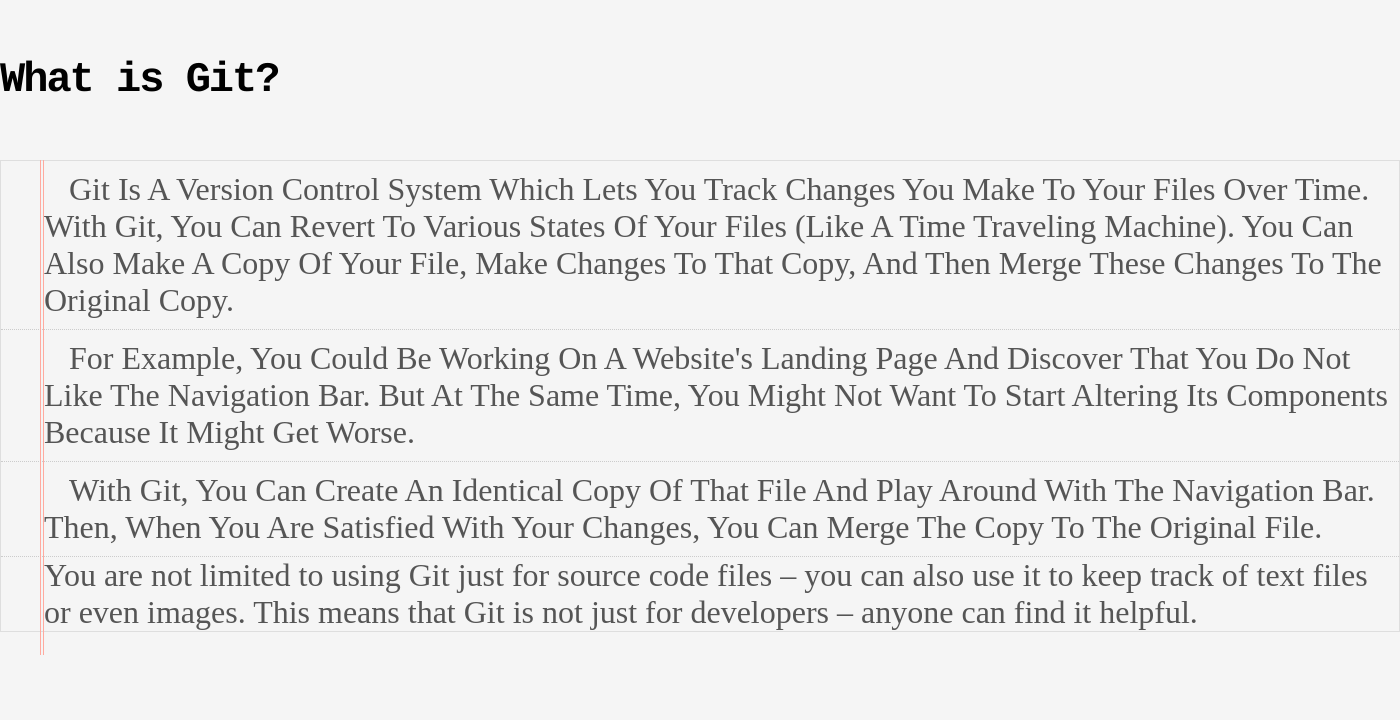
Repository: dev-singh-kanyal/Archive-git_github
Page: src/what is git.html
The author's editor kept a copy of each file at every save. The page is drawn from the files as they stood at one save, then again after a run of saves.
The browser window is 1280 px wide. The page is 1400 px wide, so the pictures cover 1400 px, including what lies to the right of the window. The pictures show the whole page.
Some web fonts or font styles are not loaded; a fallback is used.

Above is the page before, as saved 2022-06-24 16:23:10.

### src/what is git.html
<!DOCTYPE HTML>
<html>

<head>
   <meta charset="UTF-8">
   <title>CSS Theme: Notepad</title>
   <link rel="stylesheet" href="/src/style.css">
   <link href="https://fonts.googleapis.com/css2?family=Reenie+Beanie&display=swap" rel="stylesheet">
</head>

<body>

    <h4>What is Git?</h4>

    <div class="lines"></div>

    <ul class="list">
      <li>Git is a version control system which lets you track changes you make to your files over time. With Git, you can revert to various states of your files (like a time traveling machine). You can also make a copy of your file, make changes to that copy, and then merge these changes to the original copy.</li>
      <li>For example, you could be working on a website's landing page and discover that you do not like the navigation bar. But at the same time, you might not want to start altering its components because it might get worse.</li>
      <li>With Git, you can create an identical copy of that file and play around with the navigation bar. Then, when you are satisfied with your changes, you can merge the copy to the original file.</li>


        You are not limited to using Git just for source code files – you can also use it to keep track of text files or even images. This means that Git is not just for developers – anyone can find it helpful.
    </ul>

</body>
</html>

### src/style.css
body {
    background-color: #f5f5f5;
    width: 1400px;
    margin: 0 auto;
    padding: 0;
  }
  h4 {
    color: #000000;
    font-size: 42px;
    letter-spacing: -2px;
    font-family: courier, monospace;
    text-align: left;
  }
  a {
    text-decoration: none;
    color: inherit;
  }
  .list {
    color: #555;
    /* font-size: 22px; */
    padding: 0 !important;
    width: auto;
    font-family: 'Reenie Beanie';
    font-size: 2rem;
    border: 1px solid #dedede;
  }
  .list li {
    list-style: none;
    border-bottom: 1px dotted #ccc;
    text-indent: 25px;
    height: auto;
    padding: 10px;
    text-transform: capitalize;
  }
  .list li:hover {
    background-color: #f0f0f0;
    -webkit-transition: all 0.2s;
    -moz-transition:    all 0.2s;
    -ms-transition:     all 0.2s;
    -o-transition:      all 0.2s;
  }
  .lines {
    border-left: 1px solid #ffaa9f;
    border-right: 1px solid #ffaa9f;
    width: 2px;
    float: left;
    height: 495px;
    margin-left: 40px;
  }

After the next 4 saves:
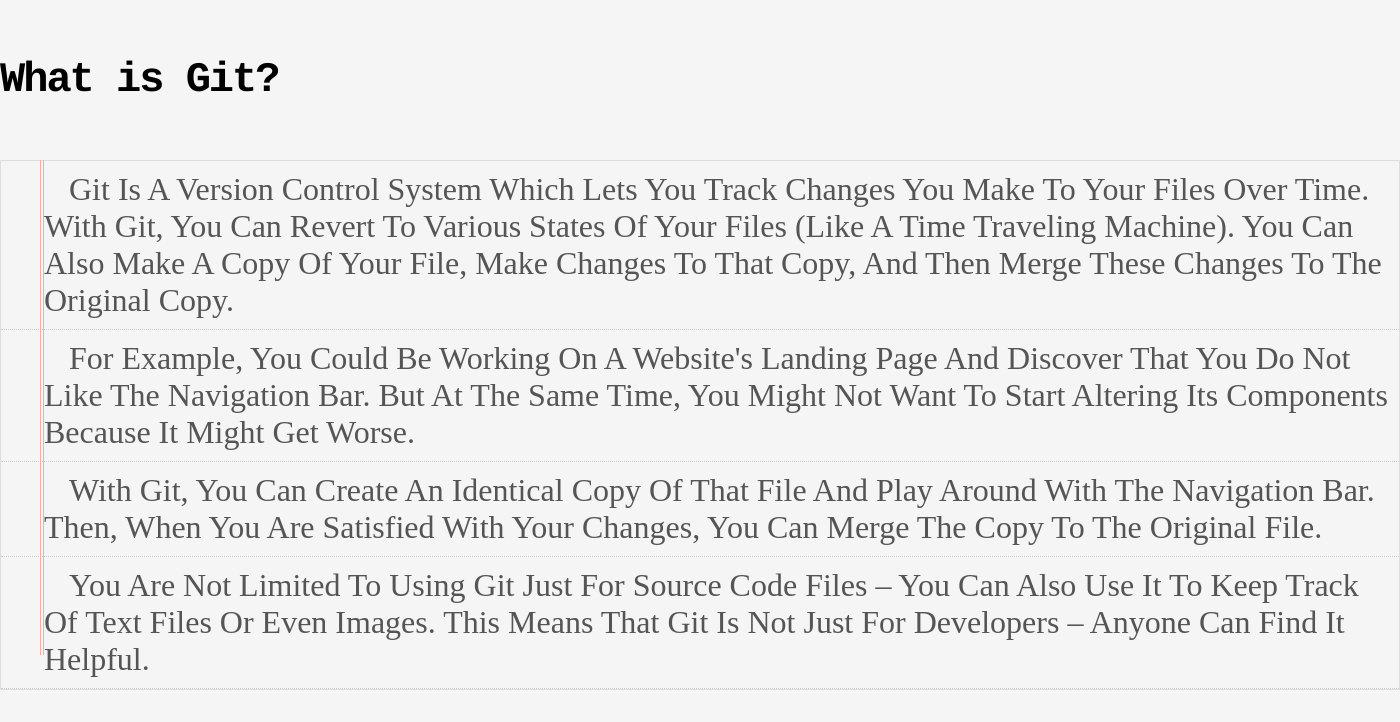
The 4 saves are shown as one change because they came seconds apart.
The last was saved 11 s later.
--- a/src/what is git.html
+++ b/src/what is git.html
@@ -18,9 +18,7 @@
       <li>Git is a version control system which lets you track changes you make to your files over time. With Git, you can revert to various states of your files (like a time traveling machine). You can also make a copy of your file, make changes to that copy, and then merge these changes to the original copy.</li>
       <li>For example, you could be working on a website's landing page and discover that you do not like the navigation bar. But at the same time, you might not want to start altering its components because it might get worse.</li>
       <li>With Git, you can create an identical copy of that file and play around with the navigation bar. Then, when you are satisfied with your changes, you can merge the copy to the original file.</li>
-
-
-        You are not limited to using Git just for source code files – you can also use it to keep track of text files or even images. This means that Git is not just for developers – anyone can find it helpful.
+      <li>You are not limited to using Git just for source code files – you can also use it to keep track of text files or even images. This means that Git is not just for developers – anyone can find it helpful.</li>
     </ul>
 
 </body>
